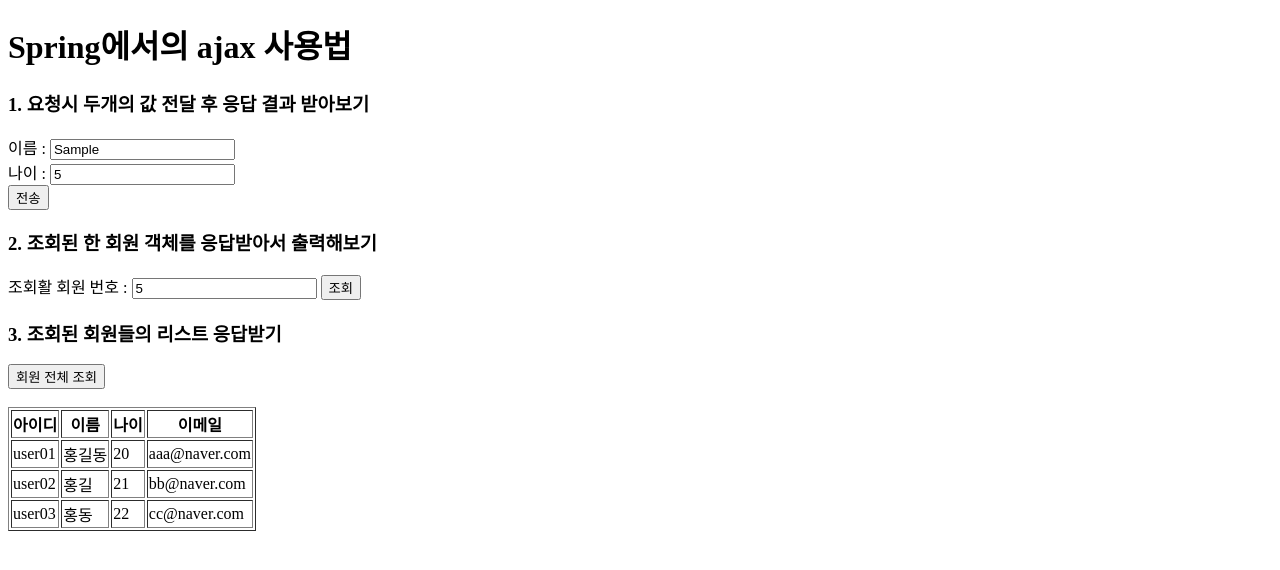
Repository: alsrnr45/SpringStudying
Page: http://localhost/ajaxProject/
These files come from the project's save history. The page is drawn as it stood at one moment and after the next save; the edit follows.
The browser window is 1280 px wide. The pictures show the whole page.
Empty fields were first filled with sample values (such as "Sample", 5 or name@example.com).
After loading, the first visible `button[onclick="ajaxTest3();"]` was clicked once.
The page is served by Tomcat 9. Other server files are loaded and not shown.

Above is the page before, as saved 2021-06-04 01:45:45.

### ajaxProject/src/main/webapp/index.jsp
<%@ page language="java" contentType="text/html; charset=UTF-8"
    pageEncoding="UTF-8"%>
<%@ taglib prefix="c" uri="http://java.sun.com/jsp/jstl/core" %>
<!DOCTYPE html>
<html>
<head>
<meta charset="UTF-8">
<title>Insert title here</title>
<!-- jQuery 라이브러리 -->
<script src="https://ajax.googleapis.com/ajax/libs/jquery/3.4.1/jquery.min.js"></script>
</head>
<body>
	<h1> Spring에서의 ajax 사용법</h1>

	<h3> 1. 요청시 두개의 값 전달 후 응답 결과 받아보기</h3>
	이름 : <input type="text" id="name"> <br>
	나이 : <input type="number" id="age"> <br>
	<button id="btn1">전송</button>

	<div id="result1"></div>

	<script>
		$(function(){
			/*
			#btn1이 동적으로 만들어진 요소일때는 $(id).click(function(){}) 또는 $(id).on("click", function(){}) 이런 이벤트 안먹힘
			즉, 직접 해당 id출력하여 이벤트 하면 이벤트 안됨

			$("#btn1").click(function(){
			})
			or
			$("#btn1").on("click", function(){})

			*/
			$(document).on("click", "#btn1", function(){ // 해당 요소가 동적으로 만들어진 요소라면 다음과 같은 방식으로 이벤트 연결해야됨
				//console.log("클릭됨");
				$.ajax({
					url:"ajax1.do",
					data:{
						name:$("#name").val(),
						age:$("#age").val()
					},
					type:"post",
					success:function(data){
						$("#result1").html(data);
					}, error:function(){
						console.log("ajax 통신 실패!");
					}
				});
			})
		})
	</script>

	<h3> 2. 조회된 한 회원 객체를 응답받아서 출력해보기 </h3>
	조회활 회원 번호 : <input type="number" id="userNo">
	<button onclick="ajaxTest2();">조회</button>

	<div id="result2"></div>

	<script>
		function ajaxTest2(){
			$.ajax({
				url:"ajax2.do",
				data:{userNo:$("#userNo").val()},
				success:function(obj){
					// console.log(obj);
					var value = "<ul>"
								+ "<li>이름 : " + obj.userName + "</li>"
								+ "<li>나이 : " + obj.age + "</li>"
								+ "<li>아이디 : " + obj.userId + "</li>"
								+ "</ul>";

					$("#result2").html(value);

				}, error:function(){
					console.log("ajax 통신 실패");
				}
			});
		}
	</script>

	<h3> 3. 조회된 회원들의 리스트 응답받기 </h3>
	<button onclick="ajaxTest3();">회원 전체 조회</button>

	<br><br>
	<table border="1" id="tableList">
		<thead>
			<tr>
				<th>아이디</th>
				<th>이름</th>
				<th>나이</th>
				<th>이메일</th>
			</tr>
		</thead>
		<tbody>

		</tbody>
	</table>

	<script>
		function ajaxTest3(){
			$.ajax({
				url:"ajax3.do",
				success:function(list){
					// 배열로 받아왔으니 배열에서 하나하나 빼옵시당
					var value= "";
					for(var i in list){
						value += "<tr>"
						         + "<td>" + list[i].userId + "</td>"
						         + "<td>" + list[i].userName + "</td>"
						         + "<td>" + list[i].age + "</td>"
						         + "<td>" + list[i].email + "</td>"
						         + "</tr>";
					}

					$("#tableList tbody").html(value);
				}, error:function(){
					console.log("ajax톻신 실패");
				}
			})
		}
	</script>
</body>
</html>

### ajaxProject/src/main/java/com/kh/ajax/Member.java
package com.kh.ajax;

public class Member {
	private String userId;
	private String userPwd;
	private String userName;
	private int age;
	private String email;
	private String phone;

	public Member() {}

	public Member(String userId, String userPwd, String userName, int age, String email, String phone) {
		super();
		this.userId = userId;
		this.userPwd = userPwd;
		this.userName = userName;
		this.age = age;
		this.email = email;
		this.phone = phone;
	}

	public String getUserId() {
		return userId;
	}

	public void setUserId(String userId) {
		this.userId = userId;
	}

	public String getUserPwd() {
		return userPwd;
	}

	public void setUserPwd(String userPwd) {
		this.userPwd = userPwd;
	}

	public String getUserName() {
		return userName;
	}

	public void setUserName(String userName) {
		this.userName = userName;
	}

	public int getAge() {
		return age;
	}

	public void setAge(int age) {
		this.age = age;
	}

	public String getEmail() {
		return email;
	}

	public void setEmail(String email) {
		this.email = email;
	}

	public String getPhone() {
		return phone;
	}

	public void setPhone(String phone) {
		this.phone = phone;
	}

	@Override
	public String toString() {
		return "Member [userId=" + userId + ", userPwd=" + userPwd + ", userName=" + userName + ", age=" + age
				+ ", email=" + email + ", phone=" + phone + "]";
	}


}

After the next save:
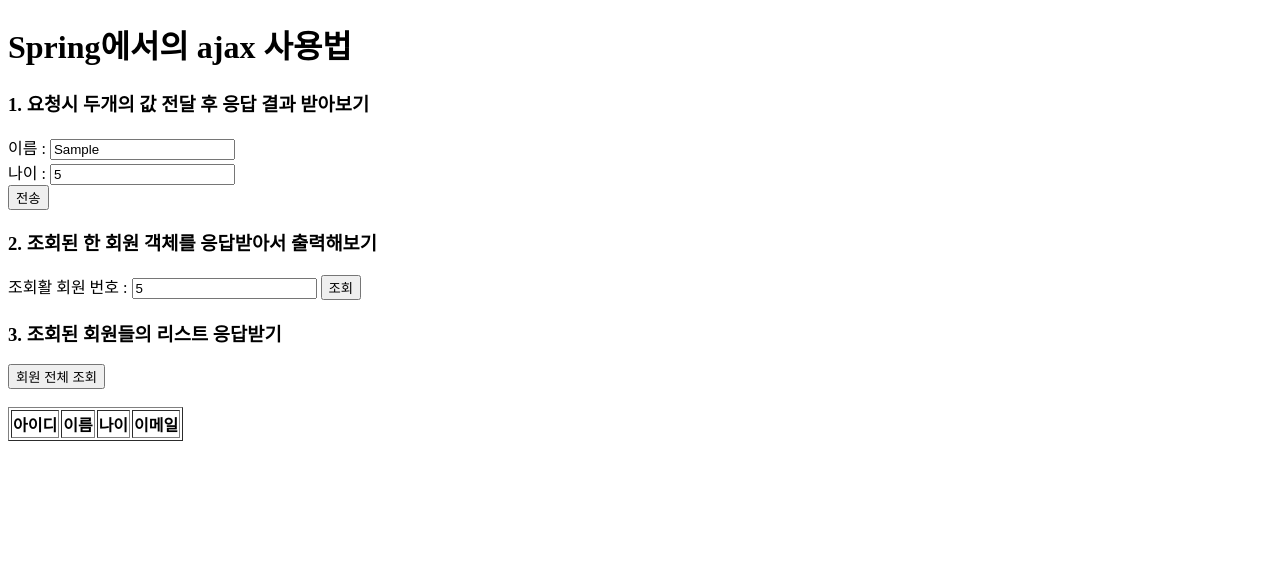
Console error: SyntaxError: missing ) after argument list
Saved 2 min 55 s later.
--- a/ajaxProject/src/main/webapp/index.jsp
+++ b/ajaxProject/src/main/webapp/index.jsp
@@ -102,8 +102,20 @@
 				url:"ajax3.do",
 				success:function(list){
 					// 배열로 받아왔으니 배열에서 하나하나 빼옵시당
+
 					var value= "";
+					/*
 					for(var i in list){
+						value += "<tr>"
+						         + "<td>" + list[i].userId + "</td>"
+						         + "<td>" + list[i].userName + "</td>"
+						         + "<td>" + list[i].age + "</td>"
+						         + "<td>" + list[i].email + "</td>"
+						         + "</tr>";
+					}
+					*/
+
+					$.each(list, function(i){
 						value += "<tr>"
 						         + "<td>" + list[i].userId + "</td>"
 						         + "<td>" + list[i].userName + "</td>"
